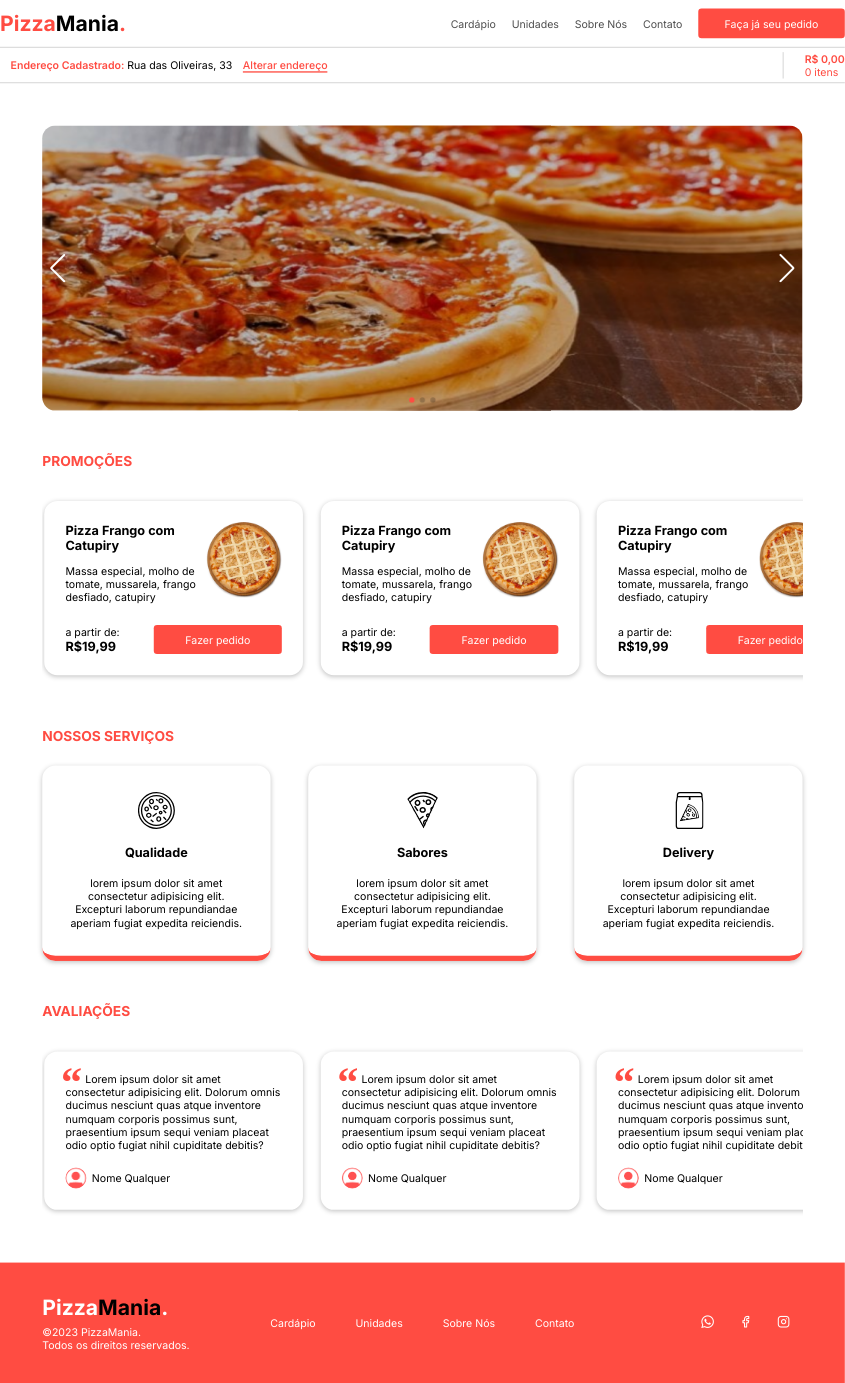
Repository: lucas-albuq/PizzaMania
Page: index.html
These files come from the project's save history. The page is drawn as it stood at one moment and after the next save; the edit follows.
The browser window is 1280 px wide. The pictures show the whole page, at 66% of full size.
Some icons come from a web library that is not loaded, so they are not drawn. Some web libraries are served in a nearby version.

Above is the page before, as saved 2024-01-04 20:40:46.

### index.html
<!DOCTYPE html>
<html lang="pt-br">
<head>
    <meta charset="UTF-8">
    <meta name="viewport" content="width=device-width, initial-scale=1.0">
    <title>Pizzamania</title>


    <link rel="stylesheet" href="https://cdn.jsdelivr.net/npm/swiper@11/swiper-bundle.min.css"/>
    <link rel='stylesheet' href='https://cdn-uicons.flaticon.com/2.0.0/uicons-regular-rounded/css/uicons-regular-rounded.css'>
    <link rel="stylesheet" href="./assets/fonts/style.css">
    <link rel="stylesheet" href="./assets/css/pizzamania.css">


</head>
<body>
    <div id="header"></div>
    <main>
        <section class="carrossel">
            <div class="swiper" >
                <div class="swiper-wrapper">
                  <div class="swiper-slide"><img src="./assets/images/pizza-banner1.png" alt=""></div>
                  <div class="swiper-slide"><img src="./assets/images/pizza-banner2.jpg" alt=""></div>
                  <div class="swiper-slide"><img src="./assets/images/pizza-banner3.jpg" alt=""></div>
                </div>
                <div class="swiper-pagination" ></div>

                <div class="swiper-button-prev"></div>
                <div class="swiper-button-next"></div>

              </div>
        </section>
        <section class="promocoes">
            <h2>Promoções</h2>

            <div class="swiper-container">
                <div class="swiper-wrapper">
                    <!-- Slide 1 -->
                    <div class="swiper-slide">
                        <div class="card">
                            <div class="card-top">
                                <div class="card-top-text">
                                    <h3>Pizza Frango com Catupiry</h3>
                                    <p>Massa especial, molho de tomate, mussarela, frango desfiado, catupiry</p>
                                </div>
                                <div class="card-top-image">
                                    <img src="./assets/images/pizza-redonda.png" alt="">
                                </div>
                            </div>
                            <div class="card-bottom">
                                <p>a partir de:<br><span>R$19,99</span></p>
                                <button class="botaoPedir">Fazer pedido</button>
                            </div>
                        </div>
                    </div>

                    <!-- Slide 2 -->
                    <div class="swiper-slide">
                        <div class="card">
                            <div class="card-top">
                                <div class="card-top-text">
                                    <h3>Pizza Frango com Catupiry</h3>
                                    <p>Massa especial, molho de tomate, mussarela, frango desfiado, catupiry</p>
                                </div>
                                <div class="card-top-image">
                                    <img src="./assets/images/pizza-redonda.png" alt="">
                                </div>
                            </div>
                            <div class="card-bottom">
                                <p>a partir de:<br><span>R$19,99</span></p>
                                <button class="botaoPedir">Fazer pedido</button>
                            </div>
                        </div>
                    </div>

                    <!-- Slide 3 -->
                    <div class="swiper-slide">
                        <div class="card">
                            <div class="card-top">
                                <div class="card-top-text">
                                    <h3>Pizza Frango com Catupiry</h3>
                                    <p>Massa especial, molho de tomate, mussarela, frango desfiado, catupiry</p>
                                </div>
                                <div class="card-top-image">
                                    <img src="./assets/images/pizza-redonda.png" alt="">
                                </div>
                            </div>
                            <div class="card-bottom">
                                <p>a partir de:<br><span>R$19,99</span></p>
                                <button class="botaoPedir">Fazer pedido</button>
                            </div>
                        </div>
                    </div>

                    <!-- Slide 4 -->
                    <div class="swiper-slide">
                        <div class="card">
                            <div class="card-top">
                                <div class="card-top-text">
                                    <h3>Pizza Frango com Catupiry</h3>
                                    <p>Massa especial, molho de tomate, mussarela, frango desfiado, catupiry</p>
                                </div>
                                <div class="card-top-image">
                                    <img src="./assets/images/pizza-redonda.png" alt="">
                                </div>
                            </div>
                            <div class="card-bottom">
                                <p>a partir de:<br><span>R$19,99</span></p>
                                <button class="botaoPedir">Fazer pedido</button>
                            </div>
                        </div>
                    </div>

                </div>
            </div>

        </section>
        <section class="servicos">
            <h2>Nossos Serviços</h2>
            <div>
                <div>
                    <img src="./assets/images/icon-pizza.svg" alt="">
                    <h3>Qualidade</h3>
                    <p>lorem ipsum dolor sit amet consectetur adipisicing elit. Excepturi laborum repundiandae aperiam fugiat expedita reiciendis.</p>
                </div>
                <div>
                    <img src="./assets/images/icon-fatia.svg" alt="">
                    <h3>Sabores</h3>
                    <p>lorem ipsum dolor sit amet consectetur adipisicing elit. Excepturi laborum repundiandae aperiam fugiat expedita reiciendis.</p>
                </div>
                <div>
                    <img src="./assets/images/icon-delivery.svg" alt="">
                    <h3>Delivery</h3>
                    <p>lorem ipsum dolor sit amet consectetur adipisicing elit. Excepturi laborum repundiandae aperiam fugiat expedita reiciendis.</p>
                </div>
            </div>
        </section>
        <section class="assessments">
            <h2>Avaliações</h2>
            <!--Os nomes das classes aqui tão um pouquinho diferentes,
                mas é porque estou reutilizando um código que fiz a um tempo atrás-->
            <div class="assessments__container grid swiper-container">
                <div class="swiper-wrapper">
                    <div class="assessments__assessment swiper-slide">
                        <blockquote>
                            <p><span class="assessments__ldquo">&ldquo;</span>Lorem ipsum dolor sit amet consectetur adipisicing elit.
                             Dolorum omnis ducimus nesciunt quas atque inventore numquam corporis possimus sunt,
                            praesentium ipsum sequi veniam placeat odio optio fugiat nihil cupiditate debitis?</p>
                            <cite>
                                <img src="./assets/images/user.png" alt="">
                                nome qualquer
                            </cite>
                        </blockquote>
                    </div>
                    <div class="assessments__assessment swiper-slide">
                        <blockquote>
                            <p><span class="assessments__ldquo">&ldquo;</span>Lorem ipsum dolor sit amet consectetur adipisicing elit.
                             Dolorum omnis ducimus nesciunt quas atque inventore numquam corporis possimus sunt,
                            praesentium ipsum sequi veniam placeat odio optio fugiat nihil cupiditate debitis?</p>
                            <cite>
                                <img src="./assets/images/user.png" alt="">
                                nome qualquer
                            </cite>
                        </blockquote>
                    </div>
                    <div class="assessments__assessment swiper-slide">
                        <blockquote>
                            <p><span class="assessments__ldquo">&ldquo;</span>Lorem ipsum dolor sit amet consectetur adipisicing elit.
                             Dolorum omnis ducimus nesciunt quas atque inventore numquam corporis possimus sunt,
                            praesentium ipsum sequi veniam placeat odio optio fugiat nihil cupiditate debitis?</p>
                            <cite>
                                <img src="./assets/images/user.png" alt="">
                                nome qualquer
                            </cite>
                        </blockquote>
                    </div>
                    <div class="assessments__assessment swiper-slide">
                        <blockquote>
                            <p><span class="assessments__ldquo">&ldquo;</span>Lorem ipsum dolor sit amet consectetur adipisicing elit.
                             Dolorum omnis ducimus nesciunt quas atque inventore numquam corporis possimus sunt,
                            praesentium ipsum sequi veniam placeat odio optio fugiat nihil cupiditate debitis?</p>
                            <cite>
                                <img src="./assets/images/user.png" alt="">
                                nome qualquer
                            </cite>
                        </blockquote>
                    </div>
                </div>
                <div class="swiper-pagination"></div>
            </div>
        </section>
    </main>
    <div id="footer"></div>
    <script src="https://code.jquery.com/jquery-3.2.1.slim.min.js" integrity="sha384-KJ3o2DKtIkvYIK3UENzmM7KCkRr/rE9/Qpg6aAZGJwFDMVNA/GpGFF93hXpG5KkN" crossorigin="anonymous"></script>
    <script src="https://cdn.jsdelivr.net/npm/popper.js@1.12.9/dist/umd/popper.min.js" integrity="sha384-ApNbgh9B+Y1QKtv3Rn7W3mgPxhU9K/ScQsAP7hUibX39j7fakFPskvXusvfa0b4Q" crossorigin="anonymous"></script>
    <script src="https://cdn.jsdelivr.net/npm/bootstrap@4.0.0/dist/js/bootstrap.min.js" integrity="sha384-JZR6Spejh4U02d8jOt6vLEHfe/JQGiRRSQQxSfFWpi1MquVdAyjUar5+76PVCmYl" crossorigin="anonymous"></script>
    <script src="main.js"></script>
    <script src="https://cdn.jsdelivr.net/npm/swiper@11/swiper-bundle.min.js"></script>
    <script>
        const CarrosselSwiper = new Swiper('.carrossel .swiper', {
            direction: 'horizontal',
            loop: true,

            pagination: {
                el: '.swiper-pagination',
                clickable: true,
            },

            navigation: {
                nextEl: '.swiper-button-next',
                prevEl: '.swiper-button-prev',
            },

            scrollbar: {
                el: '.swiper-scrollbar',
            },
            });
        const swiper = new Swiper('.swiper-container', {
            slidesPerView: 2.8,
            spaceBetween: 20,
            freeMode: true,
    });
    </script>
</body>
</html>

### assets/fonts/style.css
@font-face {
  font-family: 'icomoon';
  src:  url('fonts/icomoon.eot?r532as');
  src:  url('fonts/icomoon.eot?r532as#iefix') format('embedded-opentype'),
    url('fonts/icomoon.ttf?r532as') format('truetype'),
    url('fonts/icomoon.woff?r532as') format('woff'),
    url('fonts/icomoon.svg?r532as#icomoon') format('svg');
  font-weight: normal;
  font-style: normal;
  font-display: block;
}

[class^="icon-"], [class*=" icon-"] {
  /* use !important to prevent issues with browser extensions that change fonts */
  font-family: 'icomoon' !important;
  speak: never;
  font-style: normal;
  font-weight: normal;
  font-variant: normal;
  text-transform: none;
  line-height: 1;

  /* Better Font Rendering =========== */
  -webkit-font-smoothing: antialiased;
  -moz-osx-font-smoothing: grayscale;
}

.icon-delivery:before {
  content: "\e909";
}
.icon-pizza:before {
  content: "\e90a";
}
.icon-fatia:before {
  content: "\e90b";
}
.icon-whatsapp:before {
  content: "\e900";
}
.icon-brand:before {
  content: "\e900";
}
.icon-social:before {
  content: "\e900";
}
.icon-facebook:before {
  content: "\e902";
}
.icon-instagram:before {
  content: "\e903";
}
.icon-mail:before {
  content: "\e904";
}
.icon-map-pin:before {
  content: "\e905";
}
.icon-menu:before {
  content: "\e901";
}
.icon-phone:before {
  content: "\e906";
}
.icon-x:before {
  content: "\e907";
}
.icon-youtube:before {
  content: "\e908";
}

### assets/css/pizzamania.css
@import url('https://fonts.googleapis.com/css2?family=Inter:wght@100;200;300;400;500;600;700;800;900&display=swap');

:root {
  --base-hue: 3;
  --primary-color: hsl(var(--base-hue), 100%, 63%);
  --secondary-color: hsl(var(--base-hue), 0%, 0%);
  --text-color: hsl(var(--base-hue), 0%, 31%);
  --text-hover-color: hsl(var(--base-hue), 0%, 51%);
  --background-color: hsl(var(--base-hue), 0%, 100%);
  --button-background: hsl(var(--base-hue), 100%, 63%);
  --button-hover-background: hsl(var(--base-hue), 67%, 47%);
  --divider-color: hsl(var(--base-hue), 0%, 75%);
  --shadow-color:rgba(0, 0, 0, 0.25);
  --box-shadow: 0px 2px 8px 0px rgba(0, 0, 0, 0.25);
}

* {
  padding: 0;
  margin: 0;
  scroll-behavior: smooth;
  font-family: 'Inter', sans-serif;
  box-sizing: border-box;
}

header {
  display: flex;
  flex-direction: column;
  align-items: center;
}

main{
  max-width: 80em;
  width: 90%;
  margin: 4em auto;
  display: flex;
  flex-direction: column;
  gap: 4em;
}

section{
  display: flex;
  flex-direction: column;
  gap: 2em;
}

h2{
  font-size: 1.3em;
  color: var(--primary-color);
  text-transform: uppercase;
}

h3{
  font-size: 1.2em;
}

.header1, .header2 {
  display: flex;
  max-width: 80em;
  width: 90%;
  justify-content: space-between;
  align-items: center;
  width: 100%;
}

.header1 {
  padding: .8em 0;
}

.header2 {
  padding: .4em 0;
}

.header1 h1 a {
  color: var(--primary-color);
  font-size: 2rem;
}

.header1 h1 span {
  color: var(--secondary-color);
}

.header1_menus {
  display: flex;
  gap: 1.5em;
}

.header1 nav {
  display: flex;
  align-items: center;
}

.header1 ul {
  display: flex;
  list-style-type: none;
  align-items: center;
  justify-content: center;
  gap: 1.5em;
  align-items: center;
}

.header1 a {
  text-decoration: none;
  color: var(--text-color);
  font-size: 1rem;
  transition: color .2s;
}

.header1 nav a:hover {
  color: var(--text-hover-color);
}

.header1 button {
  padding: .8em 2.5em;
  border-radius: 5px;
  line-height: initial;
  align-self: center;
  background-color: var(--button-background);
  border: none;
  color: #FFF;
  font-size: 1rem;
  cursor: pointer;
  transition: background .2s;
}

.header1 button:hover {
  background-color: var(--button-hover-background);
}

.divider {
  border-bottom: 1px solid var(--divider-color);
  width: 100%;
}

.header2 .endereco, .header2 .carrinho {
  display: flex;
  gap: 1em;
  align-items: center;
}

.header2 .carrinho {
  border-left: 1px solid var(--divider-color);
  padding-left: 1em;
  cursor: pointer;
}

.header2 .fi, .header2 span, .carrinho p {
  color: var(--primary-color);
  transition: color .2s;
}

.header2 .endereco button {
  background: none;
  border: none;
  font-size: 1rem;
  color: var(--primary-color);
  font-weight: 500;
  border-bottom: 2px solid var(--primary-color);
  cursor: pointer;
  transition: color .2s;
}

.header2 .endereco button:hover {
  color: var(--button-hover-background);
  border-color: var(--button-hover-background);
}

.header2 .carrinho:hover .valor p, .carrinho:hover .fi {
  color: var(--button-hover-background);
}

.header2 span, .carrinho p:first-child {
  font-weight: 600;
}

footer{
  background-color: var(--primary-color);
}
footer .footer{
  display: flex;
  max-width: 80em;
  width: 90%;
  margin: 0 auto;
  justify-content: space-between;
  align-items: center;
  padding: 3em 0;
}
.footer .footer-menu{
  width: 40%;
}
.footer .footer-menu ul{
  display: flex;
  list-style-type: none;
  justify-content: space-between;
}
.footer .footer-menu a{
  color: var(--background-color);
  text-decoration: none;
  transition: color .2s
}
.footer-menu a:hover{
  color: var(--divider-color)
}
.footer-logo-copy, .footer-social-medias{
  width: 20%;
}
.footer-social-medias{
  display: flex;
  justify-content: end;
  align-items: center;
}
.footer-social-medias a{
  text-decoration: none;
}
.footer-social-medias div {
  color: var(--background-color);
  font-size: 1.2rem;
  padding: 1em;
  transition: all .5s ease;
}

.footer-social-medias div:hover {
  transform: translateY(-5px);
}
.footer-social-medias div::after{
  content: "";
  display: block;
  width: 0;
  height: 3px;
  margin-top: 3px;
  border-radius: 5px;
  background: var(--background-color);
  transition: all .2s ease;
}
.footer-social-medias div:hover::after{
  width: 100%;
}
.footer-logo-copy{
  display: flex;
  flex-direction: column;
  gap: .5em;
  color: var(--background-color)
}
.footer-logo-copy a{
  color: var(--background-color);
  text-decoration: none;
}
.footer-logo-copy a span{
  color: var(--secondary-color);
}
.servicos > div{
  display: flex;
  justify-content: space-between;
}
.servicos > div > div{
  box-shadow: var(--box-shadow);
  display: flex;
  flex-direction: column;
  align-items: center;
  justify-content: center;
  padding: 2.5em;
  width: 30%;
  gap: 1.5em;
  border-radius: 20px;
  border-bottom: var(--primary-color) solid 8px;
}

.servicos img{
  height: 3.5em;
}

.servicos p{
  text-align: center;
}

.carrossel .swiper {
  width: 100%;
  aspect-ratio: 16/6;
  border-radius: 20px;
}
.carrossel .swiper img{
  width: 100%;
  aspect-ratio: 16/6;
  filter: brightness(75%);
}
.swiper-pagination-bullet{
  padding: 3px;
}
.swiper-pagination-bullet-active{
  background: var(--primary-color);
}
.swiper-button-next, .swiper-button-prev{
  color: #FFF
}
.promocoes .swiper-slide, .assessments .swiper-slide{
  padding: 1em .2em;
}
.promocoes .card{
  display: flex;
  flex-direction: column;
  padding: 2em;
  gap: 2em;
  box-shadow: var(--box-shadow);
  border-radius: 20px;
}
.promocoes .card-top, .promocoes .card-bottom{
  display: flex;
  justify-content: space-between;
}
.promocoes .card-top-text{
  width: 65%;
  display: flex;
  flex-direction: column;
  gap: 1em;
}
.promocoes .card-top-image{
  width: 35%;
}
.promocoes .card-top-image img{
  width: 100%;
}
.promocoes .card-bottom p span{
  font-weight: bold;
  font-size: 1.2em;
}
.promocoes .card-bottom button{
  border: none;
  background: var(--button-background);
  padding: 0 3em;
  border-radius: 5px;
  color: #FFF;
  font-size: 1rem;
  cursor: pointer;
  transition: background .2s;
}
.promocoes .card-bottom button:hover{
  background: var(--button-hover-background);
}
.swiper-container{
  overflow: hidden;
}
/*Novamente reutilizando código antigo meu (é meu msm)*/
.assessments .assessments__container .swiper-wrapper{
  display: flex;
  flex-wrap: nowrap;
}
.assessments .assessments__container .assessments__assessment blockquote{
  padding: 2em;
  box-shadow: var(--box-shadow);
  border-radius: 20px;
  height: auto;
  width: 100%;
}
.assessments .assessments__container .assessments__assessment p{
  position: relative;
  text-indent: 1.875rem;
  margin-bottom: 1.5rem;
  color: var(--title-color);
}
.assessments .assessments__container .assessments__assessment p span{
  font-size: 4rem;
  font-family: serif;
  font-weight: 700;
  position: absolute;
  color: var(--primary-color);
  top: -1.375rem;
  left: -2.300rem;
}
.assessments .assessments__container .assessments__assessment cite {
  display: flex;
  align-items: center;
  font-style: normal;
  text-transform: capitalize;
}
.assessments .assessments__container .assessments__assessment cite img{
  height: 2rem;
  width: 2rem;
  object-fit: cover;
  clip-path: circle();
  margin-right: 0.5rem;
}

### main.js
document.addEventListener('DOMContentLoaded', function() {
    const header = document.getElementById('header');
    const footer = document.getElementById('footer');

    fetch('/assets/html/header.html')
        .then(response => response.text())
        .then(data => {
            header.innerHTML = data;

            const fazerPedido = document.querySelector(".header1_menus button");
            fazerPedido.addEventListener("click", () => window.open('./assets/pages/cardapio.html', '_self'));
        });

    fetch('/assets/html/footer.html')
        .then(response => response.text())
        .then(data => {
            footer.innerHTML = data;
        });
});

### assets/html/header.html
<header>
        <div class="header1">
            <h1><a href="/index.html">Pizza<span>Mania</span>.</a></h1>
            <div class="header1_menus">
                <nav>
                    <ul>
                        <li><a href="#">Cardápio</a></li>
                        <li><a href="#">Unidades</a></li>
                        <li><a href="#">Sobre Nós</a></li>
                        <li><a href="#">Contato</a></li>
                    </ul>
                </nav>
                <button>
                    Faça já seu pedido
                </button>
            </div>
        </div>
        <div class="divider"></div>
        <div class="header2">
            <div class="endereco">
                <i class="fi fi-rr-home"></i>
                <p><span>Endereço Cadastrado:</span> Rua das Oliveiras, 33</p>
                <button>Alterar endereço</button>
            </div>
            <div class="carrinho">
                <i class="fi fi-rr-shopping-cart"></i>
                <div class="valor">
                    <p>R$ 0,00</p>
                    <p>0 itens</p>
                </div>
            </div>
        </div>
        <div class="divider"></div>
    </header>

### assets/html/footer.html
<footer>
    <div class="footer">
        <div class="footer-logo-copy">
            <h1><a href="/index.html">Pizza<span>Mania</span>.</a></h1>
            <p>
                ©2023 PizzaMania. <br>
                Todos os direitos reservados.
            </p>
        </div>
        <nav class="footer-menu">
            <ul>
                <li><a href="">Cardápio</a></li>
                <li><a href="">Unidades</a></li>
                <li><a href="">Sobre Nós</a></li>
                <li><a href="">Contato</a></li>
            </ul>
        </nav>
        <div class="footer-social-medias">
            <a href="#">
                <div class="icon-whatsapp"></div>
            </a>
            <a href="#">
                <div class="icon-facebook"></div>
            </a>
            <a href="#">
                <div class="icon-instagram"></div>
            </a>
        </div>
    </div>
</footer>

After the next save:
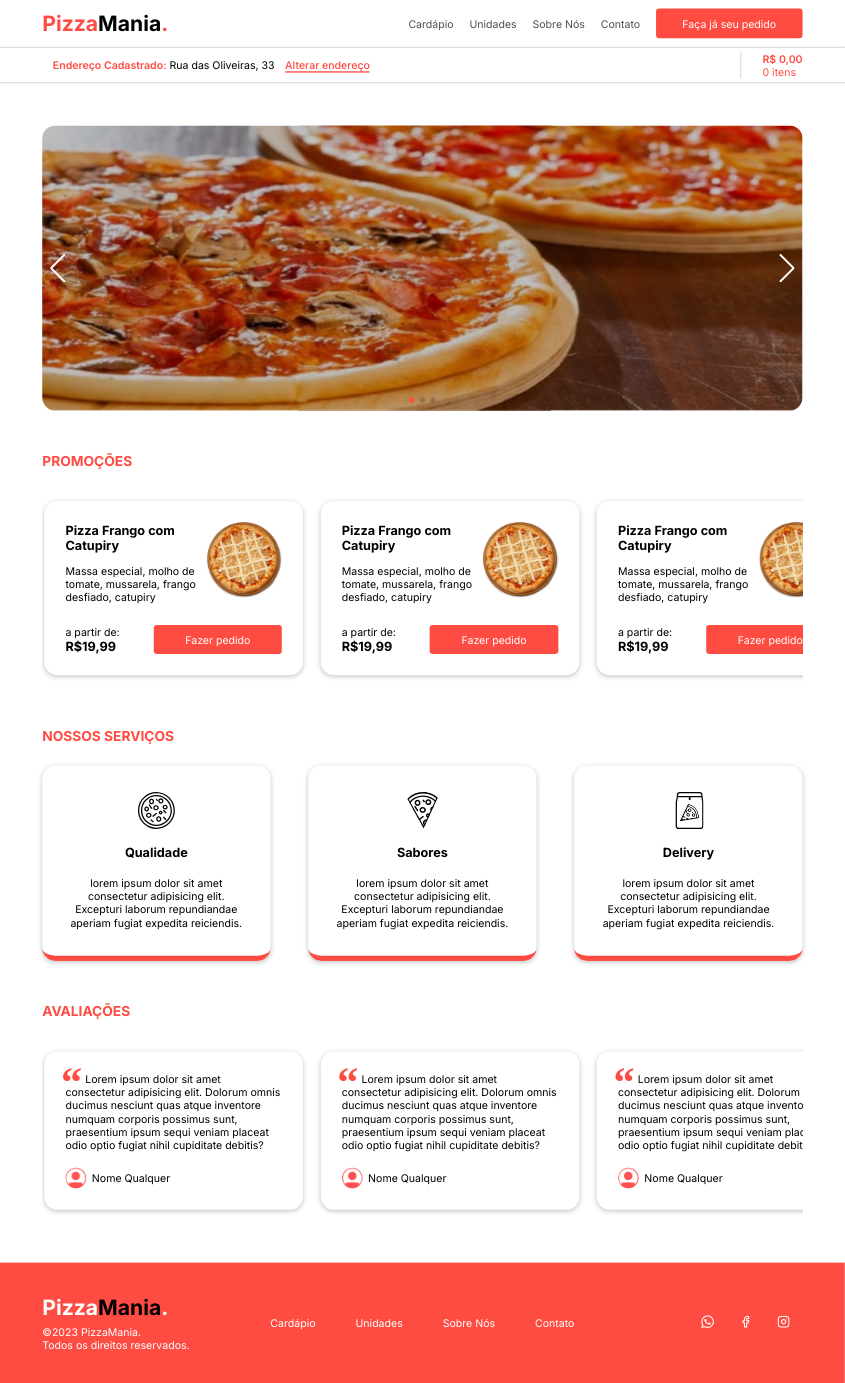
Saved 43 s later.
--- a/assets/css/pizzamania.css
+++ b/assets/css/pizzamania.css
@@ -59,7 +59,6 @@ h3{
   width: 90%;
   justify-content: space-between;
   align-items: center;
-  width: 100%;
 }
 
 .header1 {
